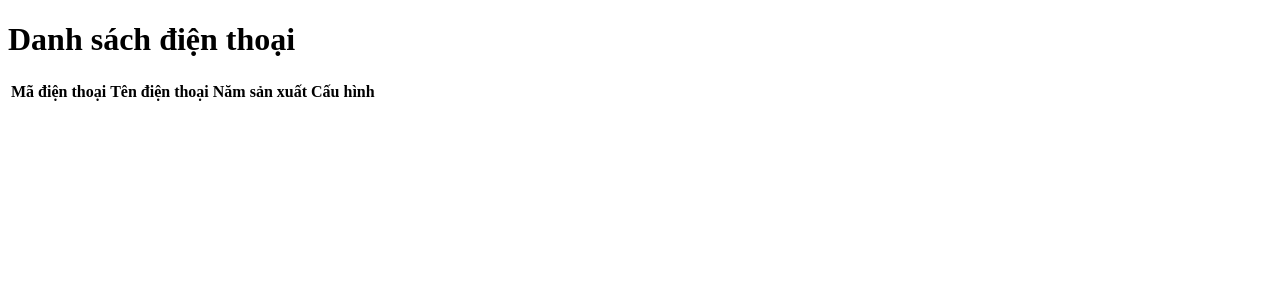
Repository: buikhacthang91042/Nam4_Ki1
Page: http://localhost/Tuan05/DanhSachDienThoaiNCC.jsp
These files come from the project's save history. The page is drawn as it stood at one moment and after the next save; the edit follows.
The browser window is 1280 px wide. The pictures show the whole page.
The page is served by Tomcat 10. Nobody is signed in. The application's start-up code is not run. The template is opened directly, without the code that normally fills it, so the values that code supplies are empty.

Above is the page before, as saved 2024-10-10 11:54:40.

After the next save:
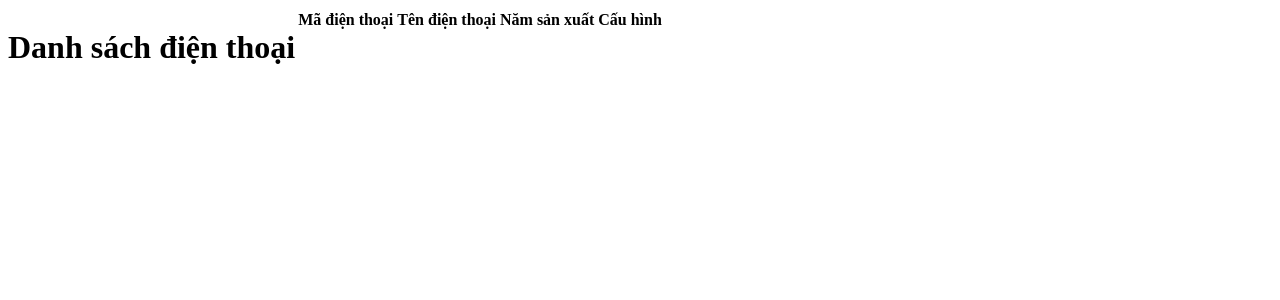
Saved 93 s later.
--- a/WWW/BuiKhacThang_21127151_Tuan05/Tuan05/src/main/webapp/DanhSachDienThoaiNCC.jsp
+++ b/WWW/BuiKhacThang_21127151_Tuan05/Tuan05/src/main/webapp/DanhSachDienThoaiNCC.jsp
@@ -6,6 +6,19 @@
 <head>
 <meta charset="ISO-8859-1">
 <title>Danh sách điện thoại theo nhà cung cấp</title>
+<style type="text/css">
+	.container{
+		display: flex;
+		flex-direction: row;
+	}
+	.menu{
+
+	}
+	.content{
+
+	}
+</style>
+
 </head>
 <body>
 	<form action="" method="GET">
